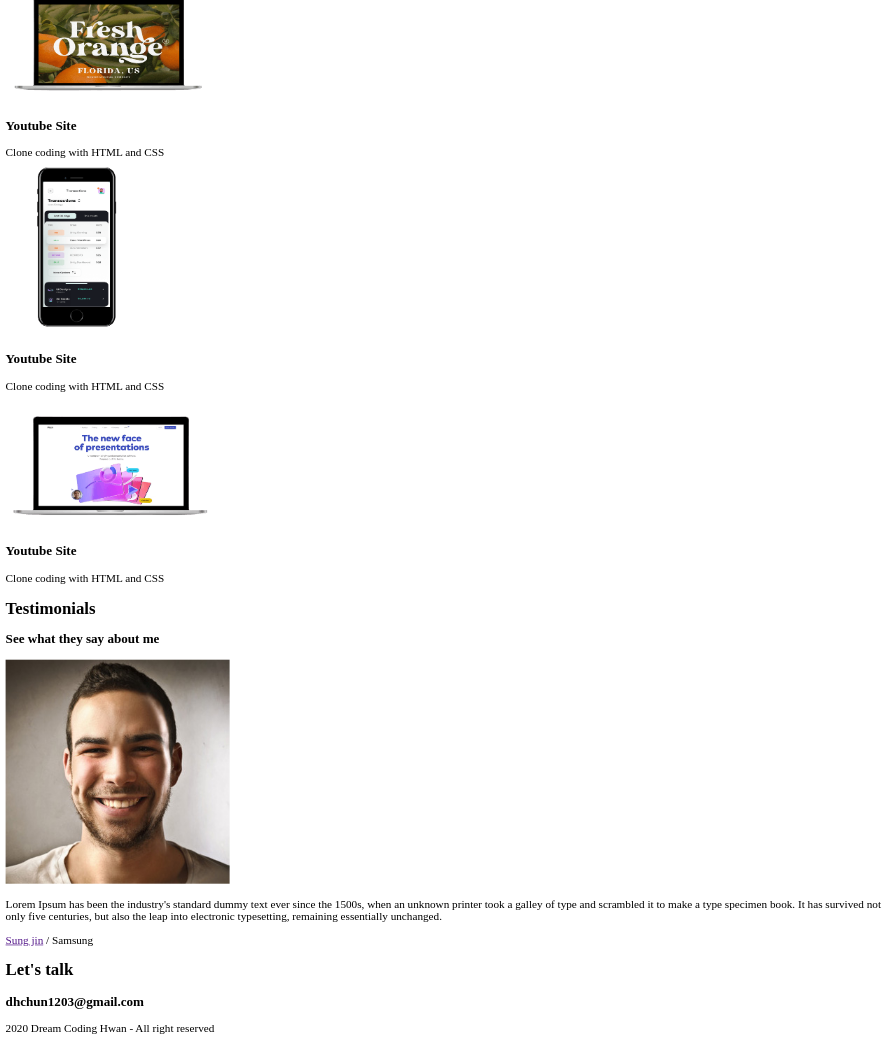
Repository: dhchun1203/Portfolio
Page: index.html
The author's editor kept a copy of each file at every save. The page is drawn from the files as they stood at one save, then again after the next save.
The browser window is 1280 px wide. The pictures show the part of the page from y = 3359 to 5279 px (the page is 4853 px tall before and 5279 px after), at 70% of full size.
A picture or video elsewhere on the page could not be fetched, so the positions and the page height are approximate. Some web libraries are served in a nearby version.

Above is the page before, as saved 2020-12-04 22:13:42.

After the next save:
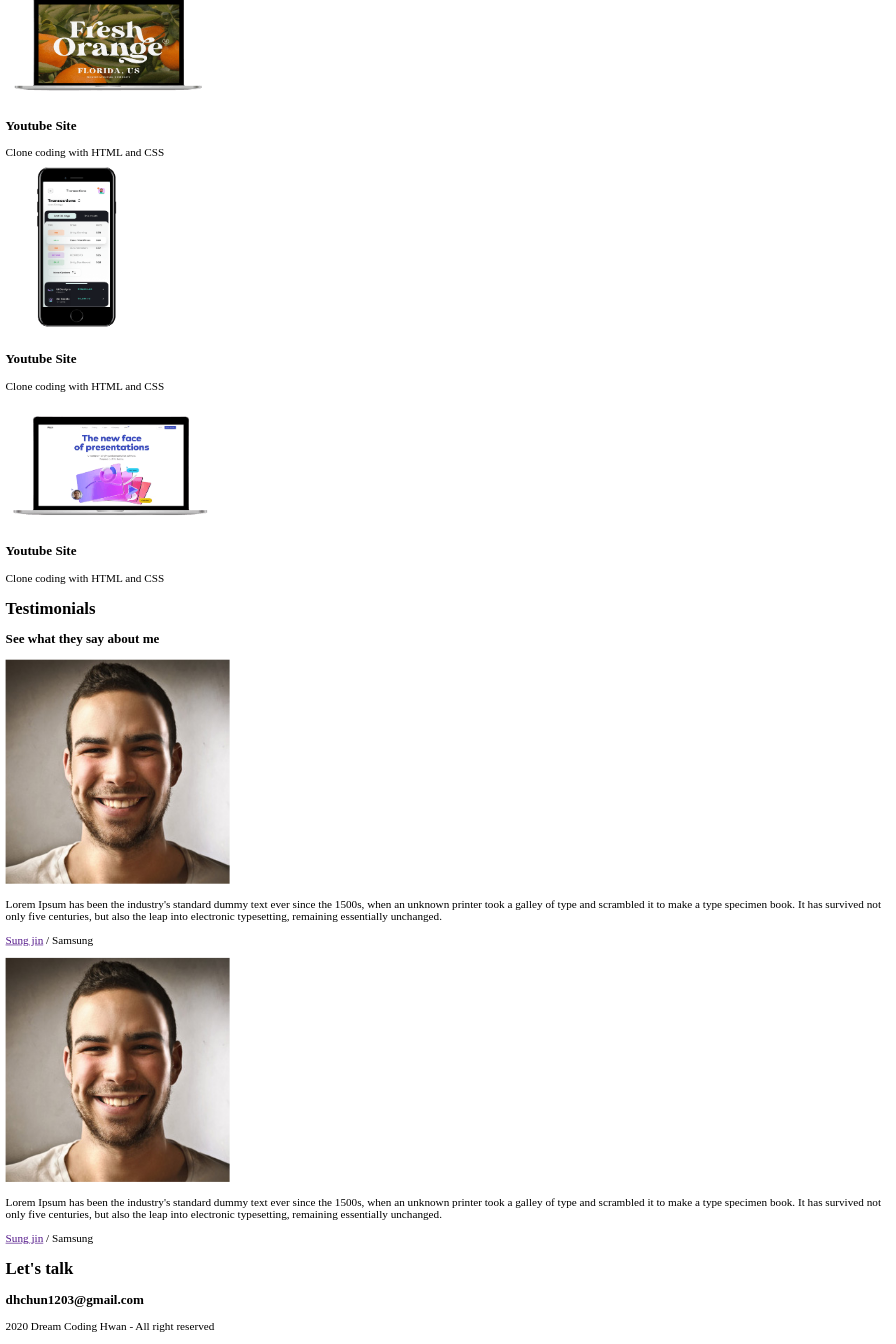
Saved 28 s later.
--- a/index.html
+++ b/index.html
@@ -492,6 +492,23 @@
 						<p class="name"><a href="">Sung jin</a> / Samsung</p>
 					</div>
 				</div>
+				<div class="testimonial">
+					<img
+						src="imgs/testimonial/people1.jpg"
+						alt="People"
+						class="testimonial__avatar"
+					/>
+					<div class="testimonial__speech-bubble">
+						<p>
+							Lorem Ipsum has been the industry's standard dummy text ever since
+							the 1500s, when an unknown printer took a galley of type and
+							scrambled it to make a type specimen book. It has survived not
+							only five centuries, but also the leap into electronic
+							typesetting, remaining essentially unchanged.
+						</p>
+						<p class="name"><a href="">Sung jin</a> / Samsung</p>
+					</div>
+				</div>
 			</div>
 		</section>
 		<!-- Contact -->
